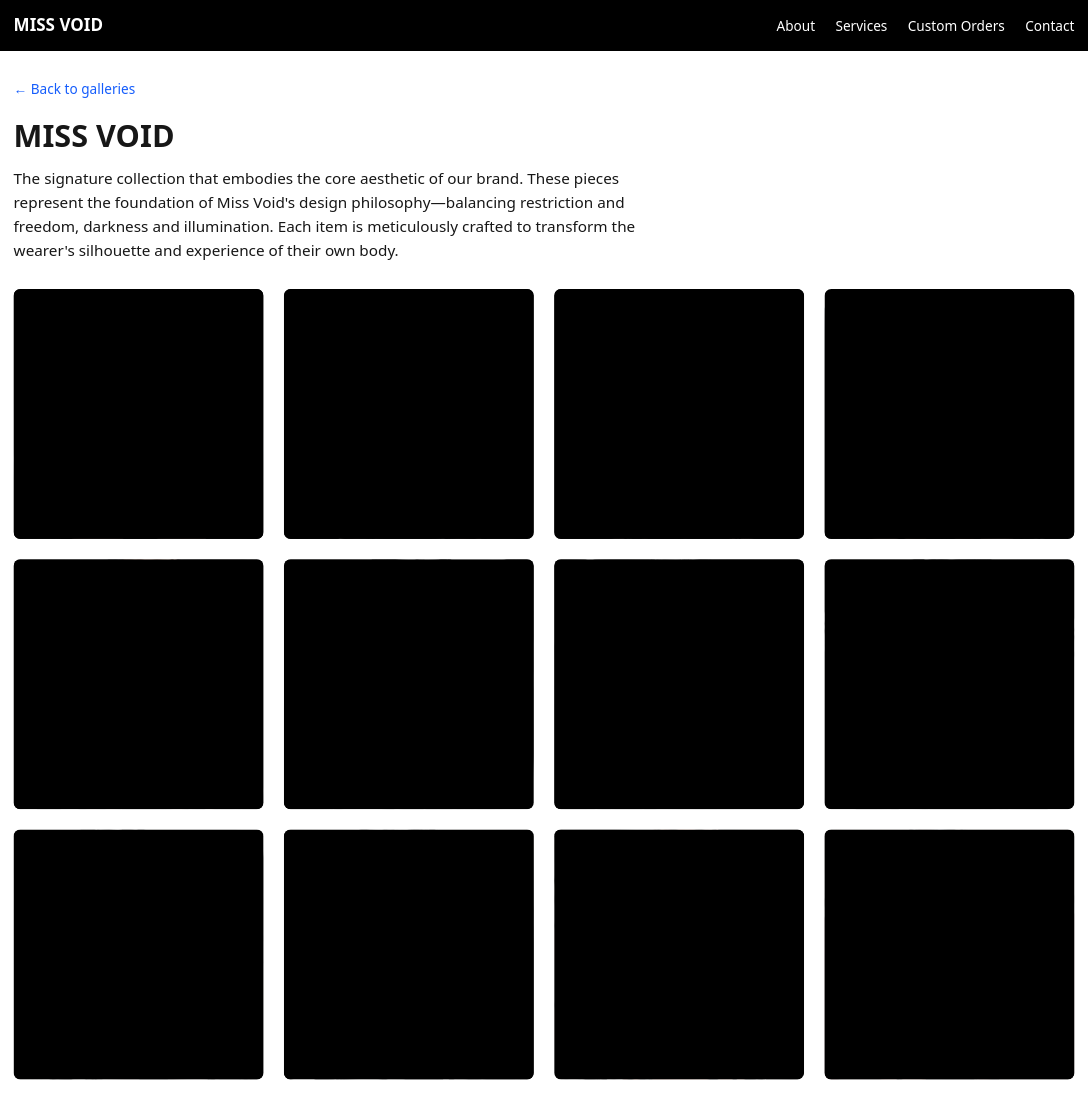
Repository: b0ase/missvoid2
Page: /gallery/miss-void
These files come from the project's save history. The page is drawn as it stood at one moment and after the next save; the edit follows.
The browser window is 1280 px wide. The pictures show the whole page, at 85% of full size.
The page's requests for data from a server got no answer. The project was rebuilt for these pictures with package versions that can differ from the ones it lists, and the page was loaded fresh each time. The framework's server and built-in components were replaced by stand-ins that run in the browser. No one was signed in, and anything a server would have sent is missing. Also part of the build but not shown: next.config.js.

Above is the page before, as saved 2025-04-11 11:26:17.

### src/app/layout.tsx
import type { Metadata } from "next";
import { Inter } from "next/font/google";
import "./globals.css";

const inter = Inter({
  subsets: ["latin"],
  variable: "--font-inter",
});

export const metadata: Metadata = {
  title: "Create Next App",
  description: "Generated by create next app",
};

export default function RootLayout({
  children,
}: Readonly<{
  children: React.ReactNode;
}>) {
  return (
    <html lang="en">
      <body
        className={`${inter.variable} antialiased`}
      >
        {children}
      </body>
    </html>
  );
}

### src/app/gallery/layout.tsx
import type { Metadata } from "next";

export const metadata: Metadata = {
  title: "MISS VOID Gallery",
  description: "Gallery of MISS VOID images and collections",
};

export default function GalleryLayout({
  children,
}: {
  children: React.ReactNode;
}) {
  return (
    <div className="min-h-screen bg-gray-50 dark:bg-gray-900">
      {children}
    </div>
  );
}

### src/app/gallery/miss-void/page.tsx
import GalleryPage from '../../components/GalleryPage';

export default function MissVoidGallery() {
  // Create a mapping of image numbers to their correct extensions
  const imageExtensions: Record<number, string> = {
    7773: 'WEBP',
    7803: 'WEBP',
    7819: 'WEBP',
    7848: 'WEBP',
    7869: 'WEBP',
    7883: 'WEBP'
  };

  // List of image numbers that don't exist
  const missingImages = [7786, 7816];

  // Featured pieces with descriptions
  const featuredPieces = [
    {
      imgNumber: 7832,
      title: 'Eclipse Bodysuit',
      description: 'A sleek, second-skin bodysuit crafted from premium Japanese latex. The strategic paneling creates a silhouette that accentuates natural curves while providing comfortable compression.',
      materials: 'Japanese latex, reinforced seams, custom zipper closure',
      price: 'From £1,650'
    },
    {
      imgNumber: 7841,
      title: 'Void Corset',
      description: 'Our signature corset featuring a dramatic silhouette with accentuated waist reduction. Engineered for both aesthetic impact and comfortable extended wear through precise pattern cutting.',
      materials: 'Italian leather outer, cotton coutil strength layer, steel boning, satin lining',
      price: 'From £2,100'
    },
    {
      imgNumber: 7769,
      title: 'Ethereal Harness',
      description: 'A delicate yet structurally sound upper body harness that traces the contours of the torso. Multiple adjustment points ensure a perfect fit for various body types.',
      materials: 'French lambskin, nickel-free hardware, hand-finished edges',
      price: 'From £890'
    },
    {
      imgNumber: 7758,
      title: 'Phantom Gloves',
      description: 'Opera-length gloves with elongated fingers and architectural detailing at the wrists. Each pair is hand-cut and stitched to ensure perfect fit and movement.',
      materials: 'Stretch leather, silk lining, decorative hardware elements',
      price: 'From £750'
    },
    {
      imgNumber: 7787,
      title: 'Void Collar',
      description: 'A statement neck piece that balances imposing presence with comfortable wearability. The layered design creates depth and visual interest from every angle.',
      materials: 'Structured leather, padded interior, custom lock system',
      price: 'From £680'
    }
  ];

  // Map the featured pieces to their image paths with proper extensions
  const featuredItems = featuredPieces.map(piece => {
    const extension = imageExtensions[piece.imgNumber] || 'JPG';
    return {
      src: `/images/miss-void/IMG_${piece.imgNumber}.${extension}`,
      title: piece.title,
      description: piece.description,
      materials: piece.materials,
      price: piece.price
    };
  });

  // Generate the remaining image paths with appropriate extensions
  const basicImages = Array.from({ length: 207 }, (_, i) => {
    const imgNumber = 7748 + i;

    // Skip missing images and featured pieces (which we'll add separately)
    if (missingImages.includes(imgNumber) || featuredPieces.some(p => p.imgNumber === imgNumber)) {
      return null;
    }

    // Use the mapping if available, otherwise default to JPG
    const extension = imageExtensions[imgNumber] || 'JPG';
    return {
      src: `/images/miss-void/IMG_${imgNumber}.${extension}`
    };
  }).filter(Boolean);

  // Combine featured items with basic images
  const allGalleryItems = [...featuredItems, ...basicImages] as any[];

  return (
    <GalleryPage
      title="MISS VOID"
      images={allGalleryItems}
      description="The signature collection that embodies the core aesthetic of our brand. These pieces represent the foundation of Miss Void's design philosophy—balancing restriction and freedom, darkness and illumination. Each item is meticulously crafted to transform the wearer's silhouette and experience of their own body."
    />
  );
}

### src/app/globals.css
@import "tailwindcss";

:root {
  --background: #ffffff;
  --foreground: #171717;
}

@theme inline {
  --color-background: var(--background);
  --color-foreground: var(--foreground);
  --font-sans: var(--font-inter);
}

@media (prefers-color-scheme: dark) {
  :root {
    --background: #0a0a0a;
    --foreground: #ededed;
  }
}

body {
  background: var(--background);
  color: var(--foreground);
  font-family: var(--font-sans), Arial, Helvetica, sans-serif;
}

### src/app/components/GalleryPage.tsx
"use client";

import { useState, useEffect } from 'react';
import Link from 'next/link';
import Image from 'next/image';
import { useSwipeable } from 'react-swipeable';
import Navigation from './Navigation';

type GalleryItem = {
  src: string;
  title?: string;
  description?: string;
  materials?: string;
  price?: string;
};

type GalleryPageProps = {
  title: string;
  images: string[] | GalleryItem[];
  description?: string;
};

export default function GalleryPage({ title, images, description }: GalleryPageProps) {
  const [selectedImage, setSelectedImage] = useState<string | null>(null);
  const [selectedItem, setSelectedItem] = useState<GalleryItem | null>(null);
  const [currentIndex, setCurrentIndex] = useState<number>(0);
  const [imageErrors, setImageErrors] = useState<Record<string, boolean>>({});
  const [loadedImages, setLoadedImages] = useState<GalleryItem[]>([]);

  useEffect(() => {
    // Pre-check images when component mounts
    const preloadImages = async () => {
      const validItems: GalleryItem[] = [];
      // Convert string[] to GalleryItem[] if needed
      const itemsToProcess = images.map(item =>
        typeof item === 'string' ? { src: item } : item
      );

      for (const item of itemsToProcess) {
        try {
          // Attempt to fetch the image to see if it exists
          const response = await fetch(item.src, { method: 'HEAD' });
          if (response.ok) {
            validItems.push(item);
          } else {
            setImageErrors(prev => ({ ...prev, [item.src]: true }));
          }
        } catch (error) {
          setImageErrors(prev => ({ ...prev, [item.src]: true }));
        }
      }
      setLoadedImages(validItems);
    };

    preloadImages();
  }, [images]);

  const handleImageError = (imagePath: string) => {
    setImageErrors({
      ...imageErrors,
      [imagePath]: true
    });
  };

  // Filter out images that failed to load
  const validImages = loadedImages.length > 0
    ? loadedImages
    : (images as any[]).filter(item => {
        const src = typeof item === 'string' ? item : item.src;
        return !imageErrors[src];
      }).map(item => typeof item === 'string' ? { src: item } : item);

  const handleImageClick = (item: GalleryItem, index: number) => {
    setSelectedImage(item.src);
    setSelectedItem(item);
    setCurrentIndex(index);
  };

  const handleCloseModal = () => {
    setSelectedImage(null);
    setSelectedItem(null);
  };

  const handleNext = () => {
    if (currentIndex < validImages.length - 1) {
      setCurrentIndex(currentIndex + 1);
      const nextItem = validImages[currentIndex + 1];
      setSelectedImage(nextItem.src);
      setSelectedItem(nextItem);
    }
  };

  const handlePrevious = () => {
    if (currentIndex > 0) {
      setCurrentIndex(currentIndex - 1);
      const prevItem = validImages[currentIndex - 1];
      setSelectedImage(prevItem.src);
      setSelectedItem(prevItem);
    }
  };

  const swipeHandlers = useSwipeable({
    onSwipedLeft: () => handleNext(),
    onSwipedRight: () => handlePrevious(),
    trackMouse: true
  });

  // Handle keyboard navigation
  useEffect(() => {
    const handleKeyDown = (e: KeyboardEvent) => {
      if (selectedImage) {
        if (e.key === 'ArrowRight') {
          handleNext();
        } else if (e.key === 'ArrowLeft') {
          handlePrevious();
        } else if (e.key === 'Escape') {
          handleCloseModal();
        }
      }
    };

    window.addEventListener('keydown', handleKeyDown);
    return () => window.removeEventListener('keydown', handleKeyDown);
  }, [selectedImage, currentIndex]);

  return (
    <div className="min-h-screen bg-white dark:bg-black">
      <Navigation />

      <main className="container mx-auto px-4 py-8">
        <Link href="/" className="inline-block mb-6 text-blue-600 hover:text-blue-800">
          &larr; Back to galleries
        </Link>

        <h1 className="text-4xl font-bold mb-4">{title}</h1>

        {description && (
          <div className="mb-8 max-w-3xl">
            <p className="text-lg">{description}</p>
          </div>
        )}

        <div className="grid grid-cols-1 sm:grid-cols-2 md:grid-cols-3 lg:grid-cols-4 gap-6">
          {validImages.map((item, index) => (
            <div
              key={index}
              className="group relative overflow-hidden cursor-pointer"
              onClick={() => handleImageClick(item, index)}
            >
              <div className="aspect-square relative overflow-hidden rounded-lg">
                <Image
                  src={item.src}
                  alt={item.title || `${title} piece ${index + 1}`}
                  fill
                  className="object-cover transition-transform duration-500 group-hover:scale-110"
                  sizes="(max-width: 768px) 100vw, (max-width: 1200px) 50vw, 33vw"
                  onError={() => handleImageError(item.src)}
                />
                <div className="absolute inset-0 bg-black bg-opacity-0 group-hover:bg-opacity-30 transition-all duration-300"></div>

                {item.title && (
                  <div className="absolute inset-0 flex items-center justify-center opacity-0 group-hover:opacity-100 transition-opacity duration-300">
                    <span className="bg-black bg-opacity-70 text-white px-3 py-1 rounded text-sm">
                      {item.title}
                    </span>
                  </div>
                )}
              </div>
            </div>
          ))}
        </div>

        {/* Image Modal */}
        {selectedImage && selectedItem && (
          <div className="fixed inset-0 bg-black bg-opacity-90 flex items-center justify-center z-50">
            <div className="w-full h-full max-w-6xl mx-auto flex flex-col md:flex-row items-center" {...swipeHandlers}>
              <button
                onClick={handleCloseModal}
                className="absolute top-4 right-4 text-white text-2xl hover:text-gray-300 z-20"
              >
                ✕
              </button>

              <div className="flex-1 relative w-full h-full max-h-[70vh] md:max-h-[90vh] flex items-center justify-center">
                <button
                  onClick={handlePrevious}
                  className="absolute left-4 text-white text-4xl hover:text-gray-300 z-10"
                  disabled={currentIndex === 0}
                >
                  ←
                </button>

                <img
                  src={selectedImage}
                  alt={selectedItem.title || "Selected gallery image"}
                  className="max-w-full max-h-full object-contain"
                  onError={() => handleImageError(selectedImage)}
                />

                <button
                  onClick={handleNext}
                  className="absolute right-4 text-white text-4xl hover:text-gray-300 z-10"
                  disabled={currentIndex === validImages.length - 1}
                >
                  →
                </button>
              </div>

              {(selectedItem.title || selectedItem.description || selectedItem.materials || selectedItem.price) && (
                <div className="md:w-1/3 p-6 text-white">
                  {selectedItem.title && (
                    <h3 className="text-xl font-bold mb-3">{selectedItem.title}</h3>
                  )}

                  {selectedItem.description && (
                    <p className="mb-4">{selectedItem.description}</p>
                  )}

                  {selectedItem.materials && (
                    <div className="mb-3">
                      <span className="font-semibold">Materials:</span> {selectedItem.materials}
                    </div>
                  )}

                  {selectedItem.price && (
                    <div className="mb-4">
                      <span className="font-semibold">Price:</span> {selectedItem.price}
                    </div>
                  )}

                  <Link
                    href="/contact?interest=specific-piece"
                    className="inline-block bg-white text-black px-4 py-2 rounded hover:bg-gray-200 transition"
                  >
                    Inquire About This Piece
                  </Link>
                </div>
              )}

              <div className="absolute bottom-4 left-1/2 transform -translate-x-1/2 text-white text-sm">
                {currentIndex + 1} / {validImages.length}
              </div>
            </div>
          </div>
        )}
      </main>
    </div>
  );
}

### src/app/components/Navigation.tsx
"use client";

import Link from 'next/link';
import { usePathname } from 'next/navigation';

export default function Navigation() {
  const pathname = usePathname();

  return (
    <nav className="bg-black text-white py-4">
      <div className="container mx-auto px-4 flex items-center justify-between">
        <Link href="/" className="text-xl font-bold">MISS VOID</Link>
        <div className="hidden md:flex space-x-6">
          <Link
            href="/about"
            className={`hover:text-gray-300 transition ${pathname === '/about' ? 'text-gray-300 underline' : ''}`}
          >
            About
          </Link>
          <Link
            href="/services"
            className={`hover:text-gray-300 transition ${pathname === '/services' ? 'text-gray-300 underline' : ''}`}
          >
            Services
          </Link>
          <Link
            href="/custom"
            className={`hover:text-gray-300 transition ${pathname === '/custom' ? 'text-gray-300 underline' : ''}`}
          >
            Custom Orders
          </Link>
          <Link
            href="/contact"
            className={`hover:text-gray-300 transition ${pathname === '/contact' ? 'text-gray-300 underline' : ''}`}
          >
            Contact
          </Link>
        </div>
        <button className="md:hidden">
          <svg xmlns="http://www.w3.org/2000/svg" fill="none" viewBox="0 0 24 24" stroke="currentColor" className="w-6 h-6">
            <path strokeLinecap="round" strokeLinejoin="round" strokeWidth={2} d="M4 6h16M4 12h16M4 18h16" />
          </svg>
        </button>
      </div>
    </nav>
  );
}

After the next save:
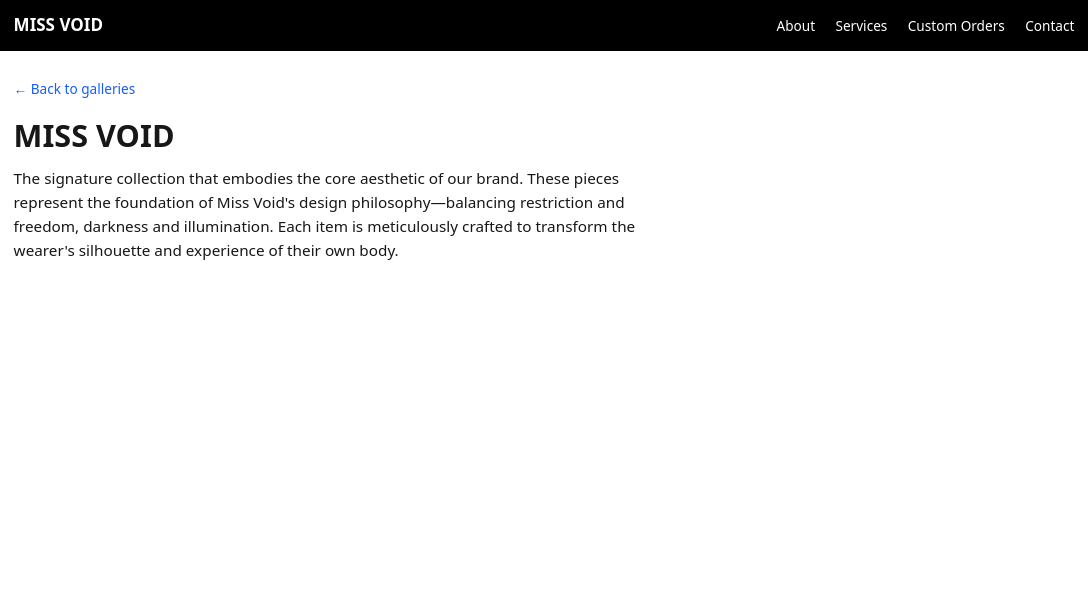
Saved 24 s later.
--- a/src/app/gallery/miss-void/page.tsx
+++ b/src/app/gallery/miss-void/page.tsx
@@ -1,51 +1,38 @@
 import GalleryPage from '../../components/GalleryPage';
 
 export default function MissVoidGallery() {
-  // Create a mapping of image numbers to their correct extensions
-  const imageExtensions: Record<number, string> = {
-    7773: 'WEBP',
-    7803: 'WEBP',
-    7819: 'WEBP',
-    7848: 'WEBP',
-    7869: 'WEBP',
-    7883: 'WEBP'
-  };
-
-  // List of image numbers that don't exist
-  const missingImages = [7786, 7816];
-
-  // Featured pieces with descriptions
-  const featuredPieces = [
+  // Featured pieces with descriptions using placeholder images
+  const featuredItems = [
     {
-      imgNumber: 7832,
+      src: 'https://placehold.co/600x600/000000/FFFFFF/png?text=Eclipse+Bodysuit',
       title: 'Eclipse Bodysuit',
       description: 'A sleek, second-skin bodysuit crafted from premium Japanese latex. The strategic paneling creates a silhouette that accentuates natural curves while providing comfortable compression.',
       materials: 'Japanese latex, reinforced seams, custom zipper closure',
       price: 'From £1,650'
     },
     {
-      imgNumber: 7841,
+      src: 'https://placehold.co/600x600/000000/FFFFFF/png?text=Void+Corset',
       title: 'Void Corset',
       description: 'Our signature corset featuring a dramatic silhouette with accentuated waist reduction. Engineered for both aesthetic impact and comfortable extended wear through precise pattern cutting.',
       materials: 'Italian leather outer, cotton coutil strength layer, steel boning, satin lining',
       price: 'From £2,100'
     },
     {
-      imgNumber: 7769,
+      src: 'https://placehold.co/600x600/000000/FFFFFF/png?text=Ethereal+Harness',
       title: 'Ethereal Harness',
       description: 'A delicate yet structurally sound upper body harness that traces the contours of the torso. Multiple adjustment points ensure a perfect fit for various body types.',
       materials: 'French lambskin, nickel-free hardware, hand-finished edges',
       price: 'From £890'
     },
     {
-      imgNumber: 7758,
+      src: 'https://placehold.co/600x600/000000/FFFFFF/png?text=Phantom+Gloves',
       title: 'Phantom Gloves',
       description: 'Opera-length gloves with elongated fingers and architectural detailing at the wrists. Each pair is hand-cut and stitched to ensure perfect fit and movement.',
       materials: 'Stretch leather, silk lining, decorative hardware elements',
       price: 'From £750'
     },
     {
-      imgNumber: 7787,
+      src: 'https://placehold.co/600x600/000000/FFFFFF/png?text=Void+Collar',
       title: 'Void Collar',
       description: 'A statement neck piece that balances imposing presence with comfortable wearability. The layered design creates depth and visual interest from every angle.',
       materials: 'Structured leather, padded interior, custom lock system',
@@ -53,41 +40,19 @@
     }
   ];
 
-  // Map the featured pieces to their image paths with proper extensions
-  const featuredItems = featuredPieces.map(piece => {
-    const extension = imageExtensions[piece.imgNumber] || 'JPG';
-    return {
-      src: `/images/miss-void/IMG_${piece.imgNumber}.${extension}`,
-      title: piece.title,
-      description: piece.description,
-      materials: piece.materials,
-      price: piece.price
-    };
-  });
-
-  // Generate the remaining image paths with appropriate extensions
-  const basicImages = Array.from({ length: 207 }, (_, i) => {
-    const imgNumber = 7748 + i;
-
-    // Skip missing images and featured pieces (which we'll add separately)
-    if (missingImages.includes(imgNumber) || featuredPieces.some(p => p.imgNumber === imgNumber)) {
-      return null;
-    }
-
-    // Use the mapping if available, otherwise default to JPG
-    const extension = imageExtensions[imgNumber] || 'JPG';
-    return {
-      src: `/images/miss-void/IMG_${imgNumber}.${extension}`
-    };
-  }).filter(Boolean);
-
-  // Combine featured items with basic images
-  const allGalleryItems = [...featuredItems, ...basicImages] as any[];
+  // Add additional placeholder images
+  const additionalItems = Array.from({ length: 10 }, (_, i) => ({
+    src: `https://placehold.co/600x600/000000/FFFFFF/png?text=MISS+VOID+${i + 6}`,
+    title: `MISS VOID Item ${i + 6}`,
+    description: 'A signature piece from our core collection.',
+    materials: 'Premium materials, expert craftsmanship',
+    price: 'Price on request'
+  }));
 
   return (
     <GalleryPage
       title="MISS VOID"
-      images={allGalleryItems}
+      images={[...featuredItems, ...additionalItems]}
       description="The signature collection that embodies the core aesthetic of our brand. These pieces represent the foundation of Miss Void's design philosophy—balancing restriction and freedom, darkness and illumination. Each item is meticulously crafted to transform the wearer's silhouette and experience of their own body."
     />
   );
